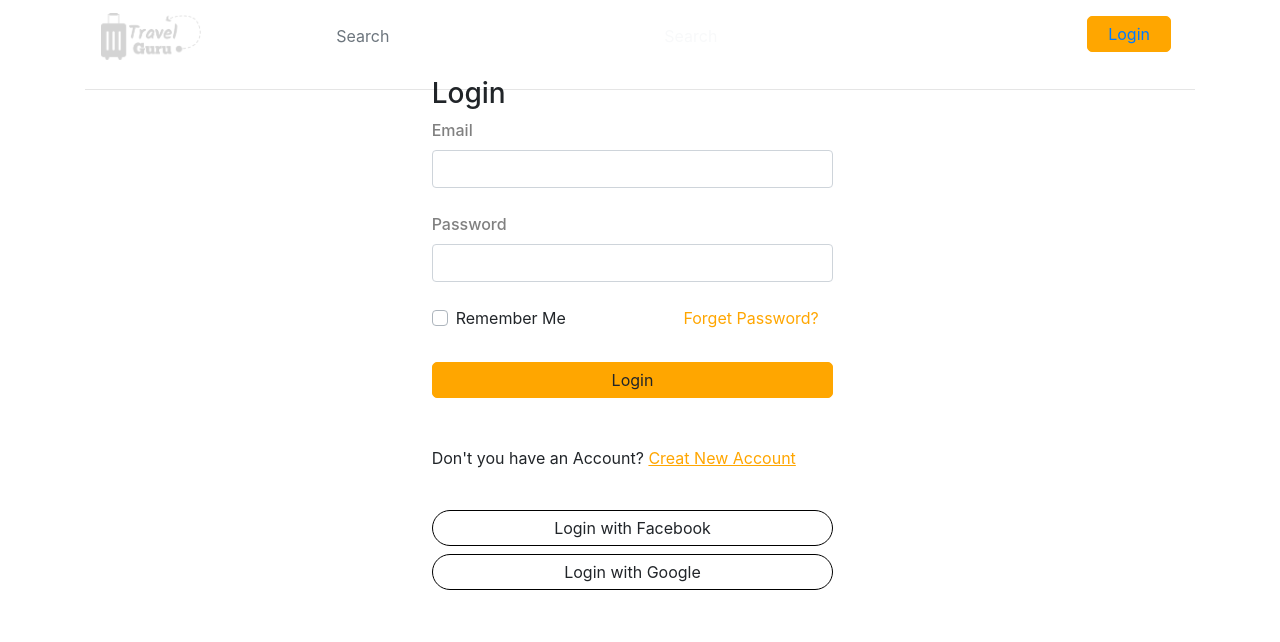
Repository: YunProgrammer/travel-website-project-tho
Page: /login (app in client/)
These files come from the project's save history. The page is drawn as it stood at one moment and after the next save; the edit follows.
The browser window is 1280 px wide. The pictures show the whole page.
The project was rebuilt for these pictures with package versions that can differ from the ones it lists, and the page was loaded fresh each time. A package was used in the major version that the imports need, not the one package.json lists. Also part of the build but not shown: client/src/App.css, client/src/Components/HomePage/data.js, client/src/Components/HomePage/HomePage.js, client/src/Components/BookingPage/BookingPage.js, client/src/Components/PrivateRoute/PrivateRoute.js, client/src/Components/SearchPage/searchData.js, client/src/Components/SearchPage/SearchShower.js, client/src/Components/SearchPage/SearchPage.js.

Above is the page before, as saved 2020-09-19 19:38:48.

After the next save:
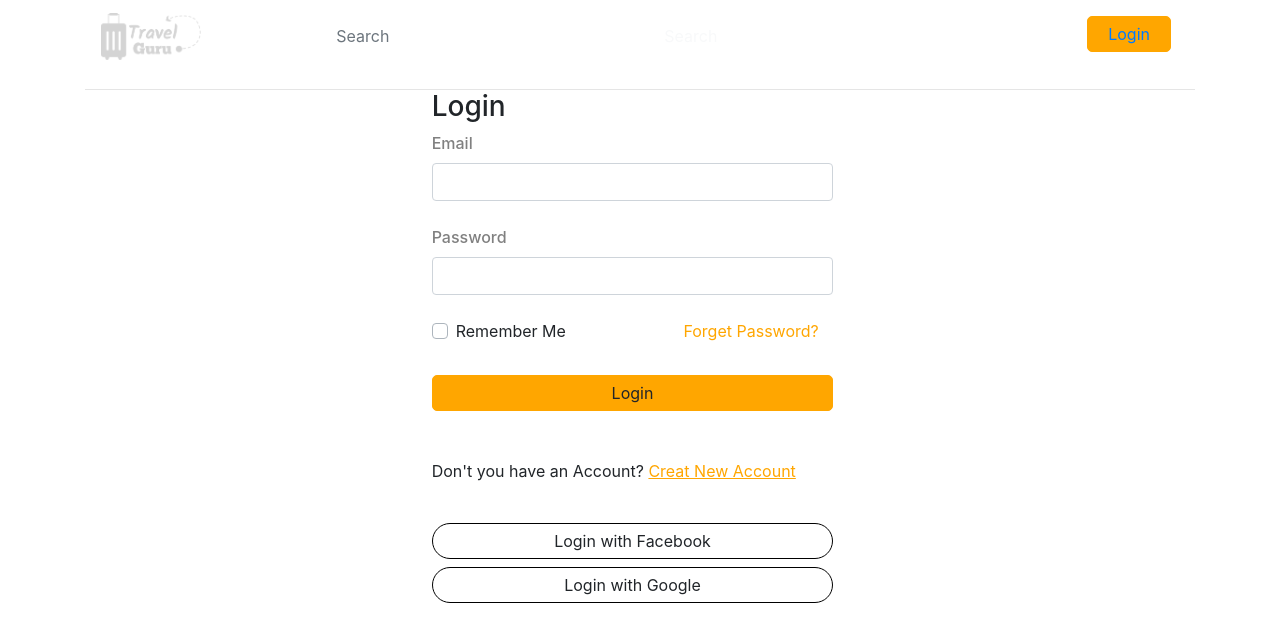
Saved 4 min 53 s later.
--- a/client/src/Components/LogInPage/LogInPage.js
+++ b/client/src/Components/LogInPage/LogInPage.js
@@ -11,7 +11,7 @@ import { userStatusContext } from '../../App';
 //styling portion is here
 const LogInPageStyle = {
     LogInPageStyle:{
-        paddingTop: '6%',
+        paddingTop: '7%',
         paddingBottom: '5.9%',
     },
     inputText:{
